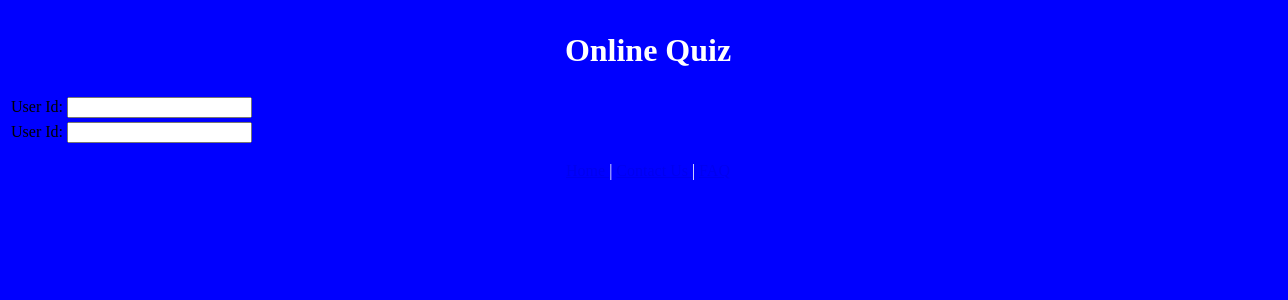
Repository: KaushikVeluruWorld/KaushikJava
Page: http://localhost/OnlineQuiz/home.jsp
The author's editor kept a copy of each file at every save. The page is drawn from the files as they stood at one save, then again after the next save.
The browser window is 1280 px wide. The page is 1288 px wide, so the pictures cover 1288 px, including what lies to the right of the window. The pictures show the whole page.
The page is served by Tomcat 9.

Above is the page before, as saved 2014-12-22 10:12:18.

After the next save:
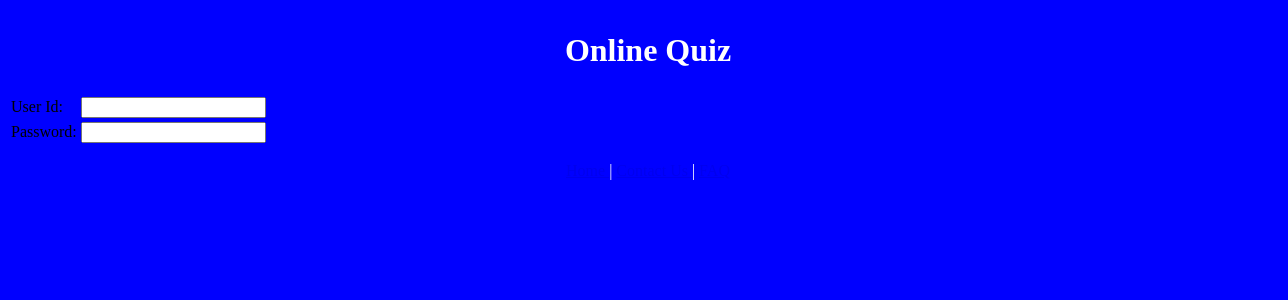
Saved 8 s later.
--- a/Online Quiz Tool/OnlineQuiz/WebContent/home.jsp
+++ b/Online Quiz Tool/OnlineQuiz/WebContent/home.jsp
@@ -13,7 +13,7 @@
 <table>
 <tr> <td> User Id:</td>
      <td><input type="text" id="username"></td></tr>
-<tr> <td> User Id:</td>
+<tr> <td> Password:</td>
      <td><input type="text" id="username"></td></tr>
 
 
